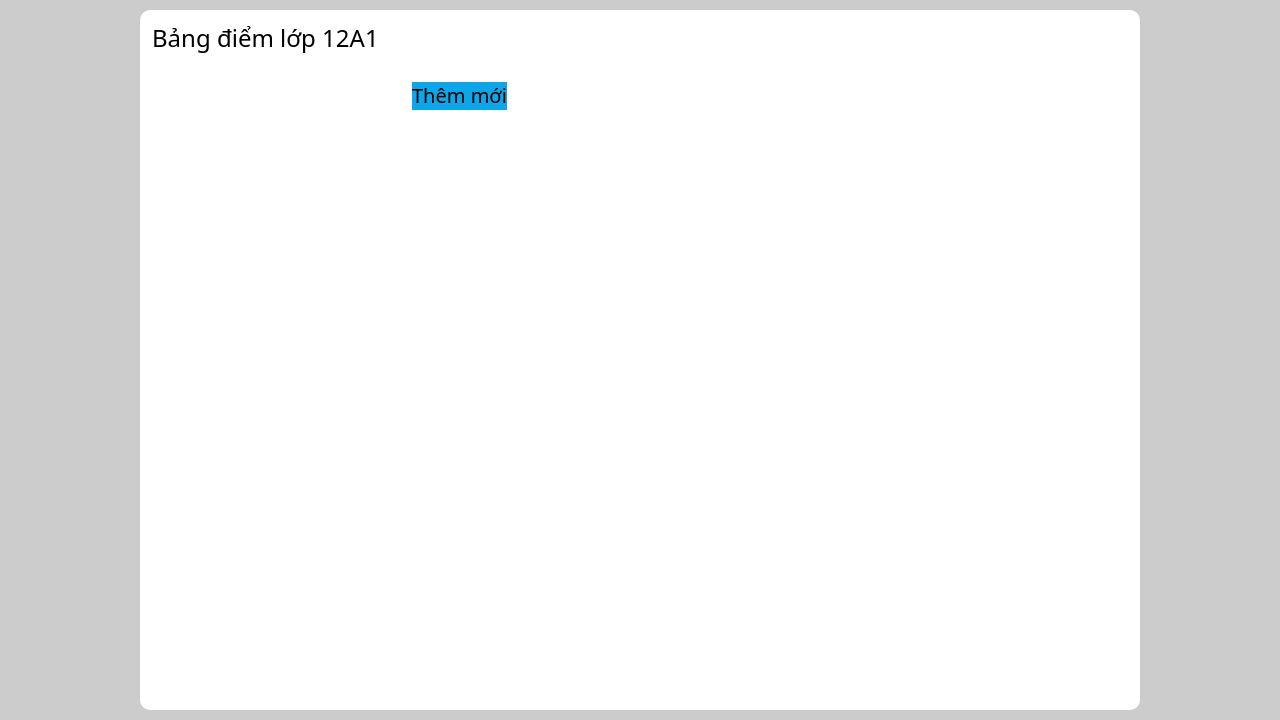
Repository: doducthuan/ReactJS-Movie
Page: /
These files come from the project's save history. The page is drawn as it stood at one moment and after the next save; the edit follows.
The browser window is 1280 px wide. The pictures show the whole page.
The project was rebuilt for these pictures with package versions that can differ from the ones it lists, and the page was loaded fresh each time. Also part of the build but not shown: src/App.css.

Above is the page before, as saved 2024-01-13 05:48:38.

### public/index.html
<!DOCTYPE html>
<html lang="en">
  <head>
    <meta charset="utf-8" />
    <link rel="icon" href="%PUBLIC_URL%/avatar_rmbg.png" />
    <meta name="viewport" content="width=device-width, initial-scale=1" />
    <meta name="theme-color" content="#000000" />
    <meta
      name="description"
      content="Web site created using create-react-app"
    />
    <link rel="apple-touch-icon" href="%PUBLIC_URL%/logo192.png" />
    <!--
      manifest.json provides metadata used when your web app is installed on a
      user's mobile device or desktop. See https://developers.google.com/web/fundamentals/web-app-manifest/
    -->
    <link rel="manifest" href="%PUBLIC_URL%/manifest.json" />
    <!--
      Notice the use of %PUBLIC_URL% in the tags above.
      It will be replaced with the URL of the `public` folder during the build.
      Only files inside the `public` folder can be referenced from the HTML.

      Unlike "/favicon.ico" or "favicon.ico", "%PUBLIC_URL%/favicon.ico" will
      work correctly both with client-side routing and a non-root public URL.
      Learn how to configure a non-root public URL by running `npm run build`.
    -->
    <title>Mèo Hen</title>
  </head>
  <body>
    <noscript>You need to enable JavaScript to run this app.</noscript>
    <div id="root"></div>
    <!--
      This HTML file is a template.
      If you open it directly in the browser, you will see an empty page.

      You can add webfonts, meta tags, or analytics to this file.
      The build step will place the bundled scripts into the <body> tag.

      To begin the development, run `npm start` or `yarn start`.
      To create a production bundle, use `npm run build` or `yarn build`.
    -->
  </body>
</html>

### src/App.js
//import SignIn from './components/account/SignIn';
import './App.css';
import Students from './components/students/Students';
//import AdminLayout from './components/shared/AdminLayout';

function App() {
  return (
    <div className="App">
      <Students></Students>
    </div>
  );
}

export default App;

### src/components/students/Students.js
import React from 'react';
import './styles.css';
const Students = () => {
    return (
        <div className="full-view">
            <div className="border-data">
                <p className="font-sans text-2xl ml-3 mt-3">Bảng điểm lớp 12A1</p>
                <div className="mt-7 ml-6">
                    <input className="search-all"/>
                    <button className="font-sans text-xl bg-sky-500">Thêm mới</button>
                </div>
            </div>
        </div>
    );
};

export default Students;

### src/components/students/styles.css
.full-view{
    display: flex;
    justify-content: center;
    align-items: center;
    height: 100vh;
    background-color: #ccc;
}
.border-data{
    width: 1000px;
    height: 700px;
    background-color: #fff;
    border-radius: 10px;
}

Loaded but not shown: src/index.js (common file); src/index.css (common file); src/reportWebVitals.js (common file); tailwind.config.js (common file)

After the next save:
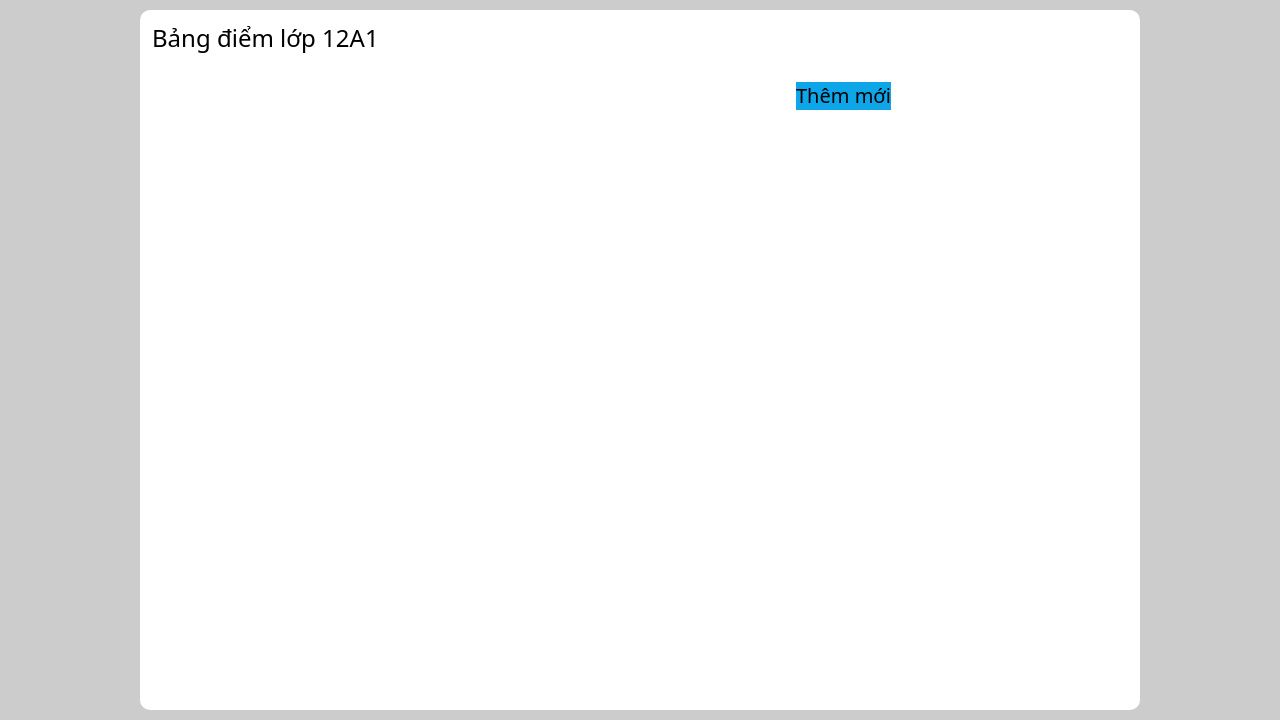
Saved 2 min 14 s later.
--- a/src/components/students/Students.js
+++ b/src/components/students/Students.js
@@ -5,7 +5,7 @@
         <div className="full-view">
             <div className="border-data">
                 <p className="font-sans text-2xl ml-3 mt-3">Bảng điểm lớp 12A1</p>
-                <div className="mt-7 ml-6">
+                <div className="mt-7 ml-6 flex gap-96">
                     <input className="search-all"/>
                     <button className="font-sans text-xl bg-sky-500">Thêm mới</button>
                 </div>

After the save that followed:
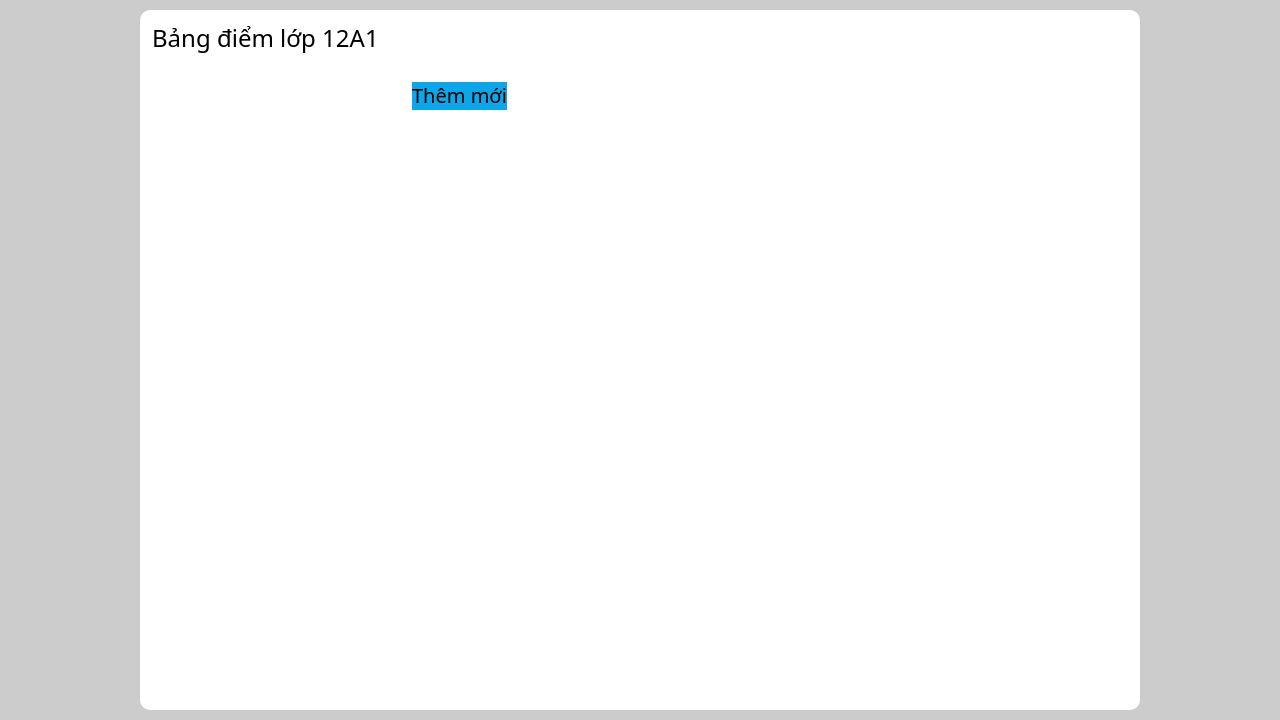
Saved 41 s later.
--- a/src/components/students/Students.js
+++ b/src/components/students/Students.js
@@ -5,7 +5,7 @@
         <div className="full-view">
             <div className="border-data">
                 <p className="font-sans text-2xl ml-3 mt-3">Bảng điểm lớp 12A1</p>
-                <div className="mt-7 ml-6 flex gap-96">
+                <div className="search-add mt-7 ml-6 flex">
                     <input className="search-all"/>
                     <button className="font-sans text-xl bg-sky-500">Thêm mới</button>
                 </div>
